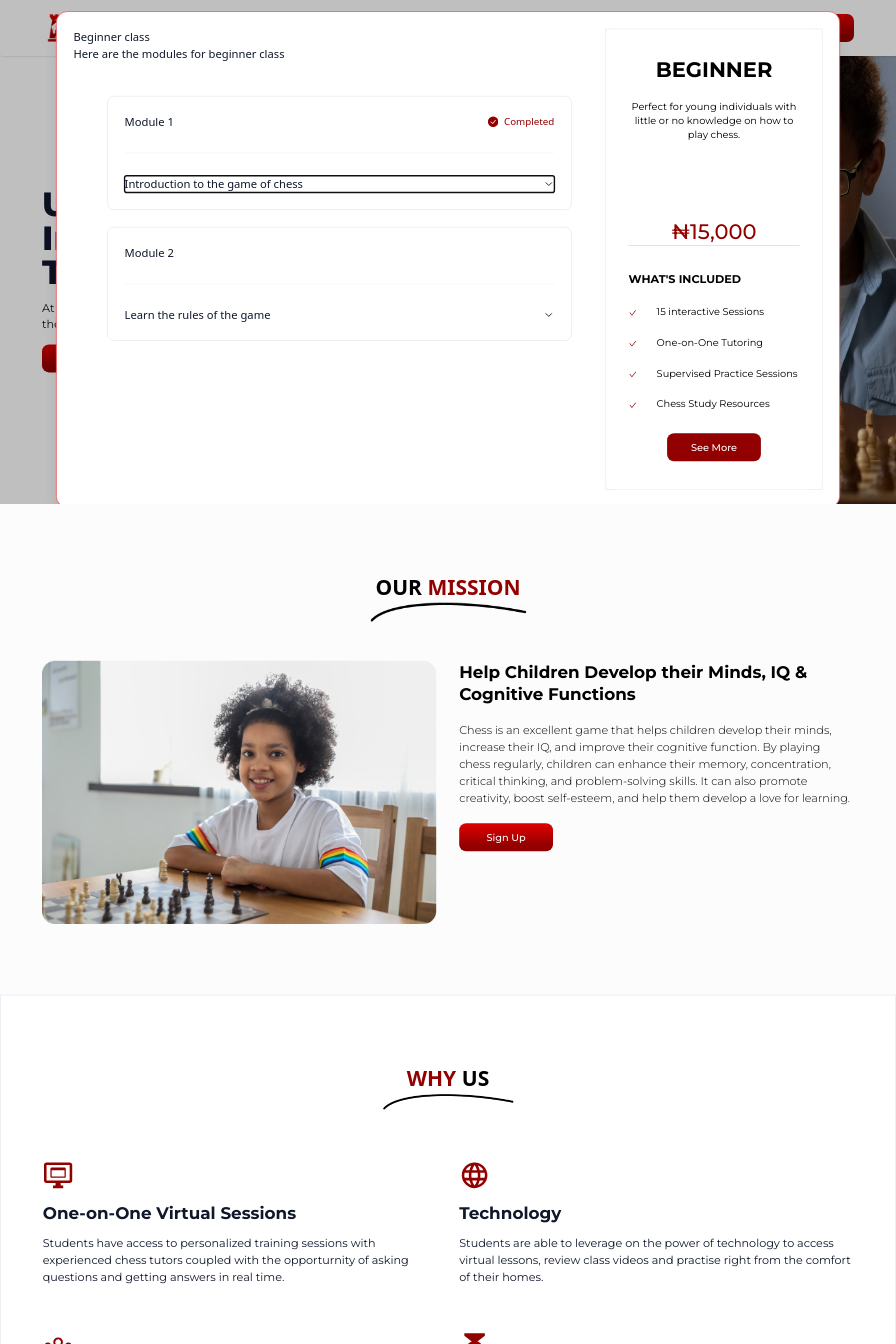
Repository: CelestinaUwajeh/chess-champ-fe
Page: /, after clicking the first element matching `button.w-\[134px\]`
An editor plug-in stored every save of this project. The page is shown before and after the next save, followed by the edit.
The browser window is 1280 px wide. The pictures show the part of the page from y = 0 to 1920 px (the page is 4303 px tall), at 70% of full size.
An inner scrolling area shows only its first screen. The project was rebuilt for these pictures with package versions that can differ from the ones it lists, and the page was loaded fresh each time. The framework's server and built-in components were replaced by stand-ins that run in the browser. Also part of the build but not shown: next.config.js, app/(dashboard)/parent/child/[id]/progress/highlight.tsx, app/(dashboard)/parent/child/[id]/progress/attendance.tsx, components/ui/progress.tsx, app/(dashboard)/parent/child/[id]/progress/percentage.tsx, app/(dashboard)/parent/child/[id]/progress/points.tsx, app/(dashboard)/parent/child/[id]/progress/page.tsx.

Above is the page before, as saved 2023-08-09 22:13:15.

After the next save:
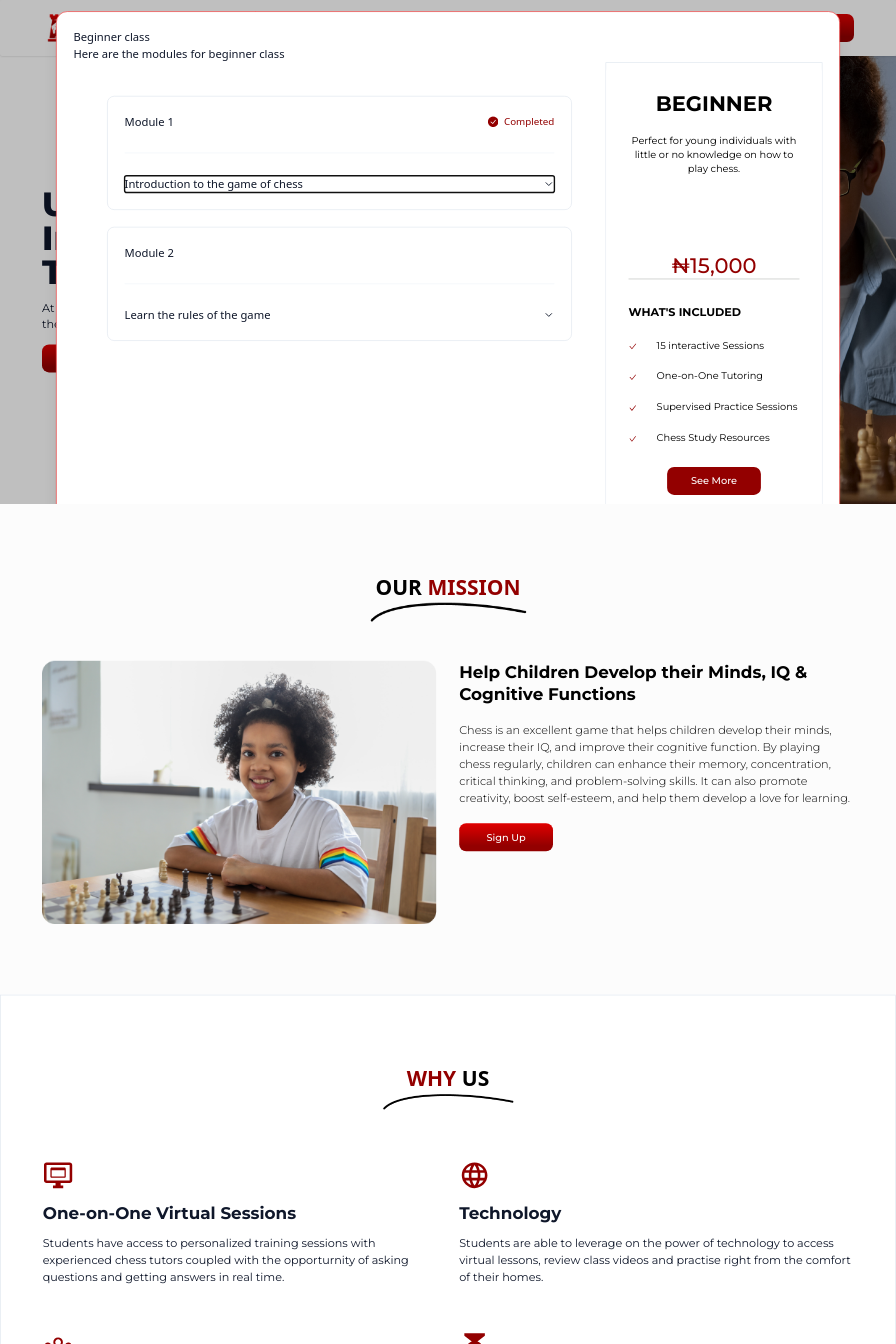
Saved 92 s later.
--- a/components/pricing-card/modal-content.tsx
+++ b/components/pricing-card/modal-content.tsx
@@ -9,14 +9,16 @@ interface PropType {
 
 const ModalContent = ({ data }: PropType) => {
   return (
-    <div className="flex w-full">
-      <div className="flex-1">
-        <p>Beginner class</p>
-        <p>Here are the modules for beginner class</p>
-        <Module modules={modules} />
-      </div>
-      <div className="w-[310px] border">
-        <PricingCard isModal data={data} />
+    <div className="w-full">
+      <p>Beginner class</p>
+      <p>Here are the modules for beginner class</p>
+      <div className="flex">
+        <div className="flex-1">
+          <Module modules={modules} />
+        </div>
+        <div className="w-[310px] border">
+          <PricingCard isModal data={data} />
+        </div>
       </div>
     </div>
   );
